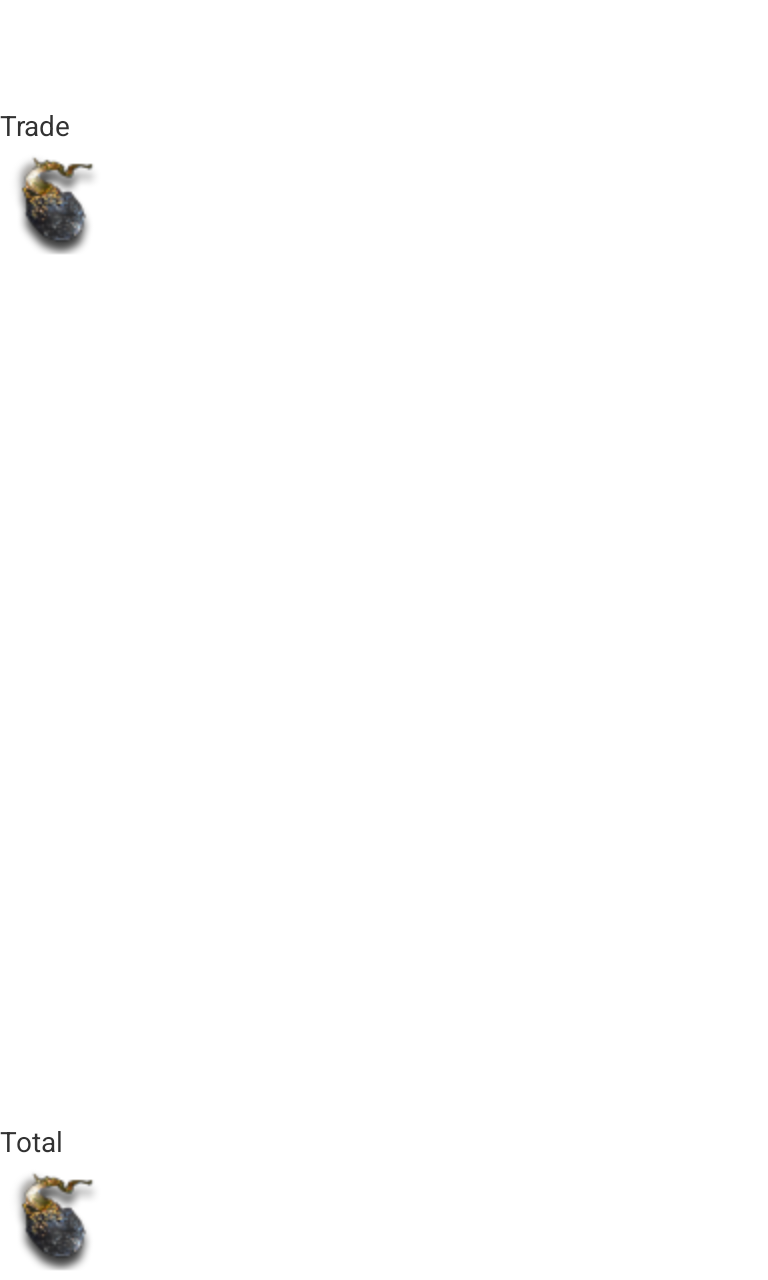
Repository: erictoddhagen/StartingAndriod
Layout: MyFirstApp/OrbTradeTracker/res/layout/activity_main.xml
These files come from the project's save history. The layout is drawn as it stood at one moment and after the next save; the edit follows.
It is drawn on a 768 x 1280 px phone screen (xhdpi) without system bars, with theme AppTheme; the app's code is not run.

Above is the layout before, as saved 2013-02-03 06:36:44.

After the next save:
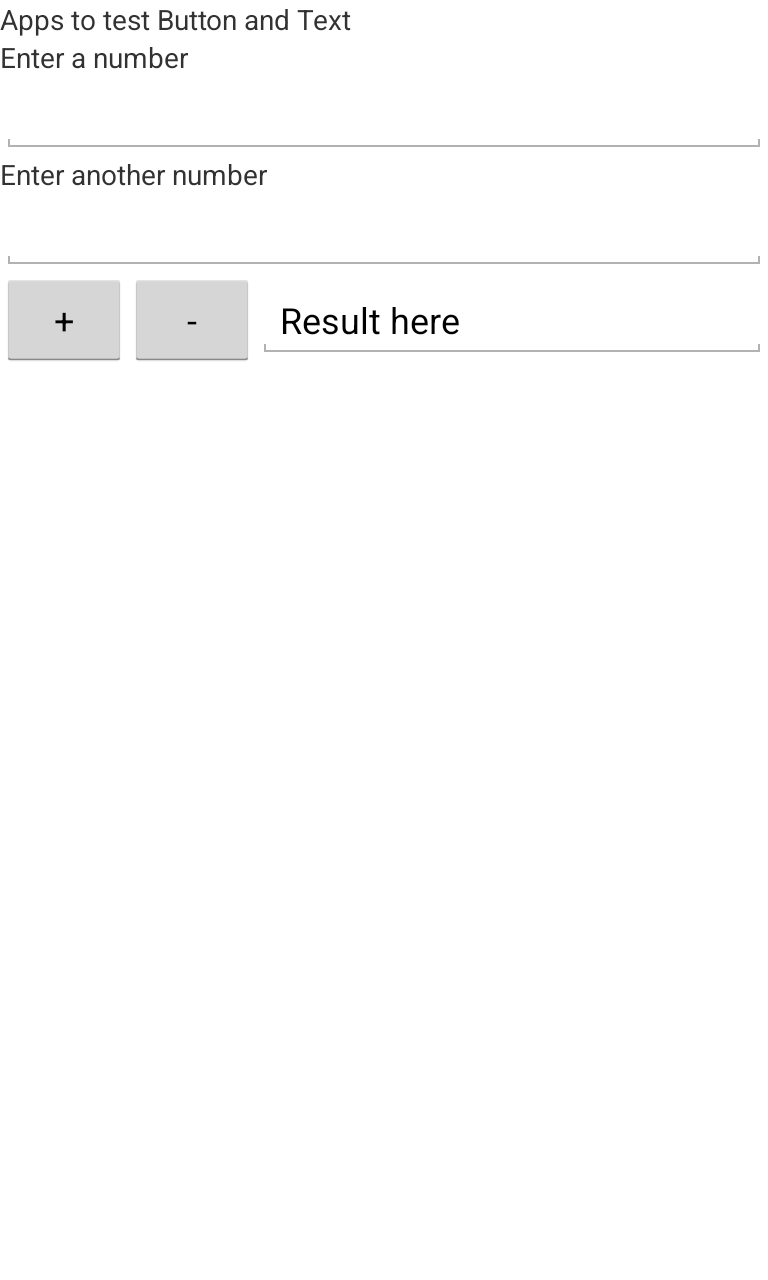
Saved 6 min 18 s later.
--- a/MyFirstApp/OrbTradeTracker/res/layout/activity_main.xml
+++ b/MyFirstApp/OrbTradeTracker/res/layout/activity_main.xml
@@ -1,40 +1,27 @@
-<RelativeLayout xmlns:android="http://schemas.android.com/apk/res/android"
-    xmlns:tools="http://schemas.android.com/tools"
-    android:layout_width="match_parent"
-    android:layout_height="match_parent"
-    tools:context=".MainActivity" >
+<LinearLayout xmlns:android="http://schemas.android.com/apk/res/android"
+    android:layout_width="fill_parent"
+    android:layout_height="fill_parent" android:orientation="vertical">
+<TextView
+    android:layout_width="fill_parent"
+    android:layout_height="wrap_content" android:text="Apps to test Button and Text"/>
+<TextView android:layout_width="wrap_content" android:layout_height="wrap_content"
+    android:id="@+id/textView1" android:text="Enter a number"></TextView>
+<EditText android:layout_width="match_parent" android:layout_height="wrap_content"
+    android:inputType="number" android:id="@+id/txtnum1">
+</EditText>
+<TextView android:layout_width="wrap_content" android:layout_height="wrap_content"
+    android:id="@+id/textView2" android:text="Enter another number"></TextView>
+<EditText android:layout_width="match_parent" android:layout_height="wrap_content"
+    android:inputType="number" android:id="@+id/txtnum2"></EditText>
+<TableRow android:id="@+id/tableRow1" android:layout_height="wrap_content"
+    android:layout_width="match_parent">
+    <Button android:layout_height="wrap_content" android:layout_width="wrap_content"
+        android:text="   +   " android:id="@+id/btnadd"></Button>
+    <Button android:layout_height="wrap_content" android:layout_width="wrap_content"
+        android:text="   -   " android:id="@+id/btnsubtract"></Button>
+    <EditText android:layout_height="wrap_content" android:layout_width="match_parent"
+        android:freezesText="true" android:text="Result here"
+        android:editable="false" android:id="@+id/txtresult"></EditText>
+</TableRow>
 
-    <ImageView
-        android:id="@+id/imageView1"
-        android:layout_width="wrap_content"
-        android:layout_height="wrap_content"
-        android:layout_alignParentBottom="true"
-        android:layout_alignParentLeft="true"
-        android:src="@drawable/alchemy" />
-
-    <TextView
-        android:id="@+id/textView1"
-        android:layout_width="wrap_content"
-        android:layout_height="wrap_content"
-        android:layout_alignParentLeft="true"
-        android:layout_alignParentTop="true"
-        android:layout_marginTop="53dp"
-        android:text="Trade" />
-
-    <ImageView
-        android:id="@+id/imageView2"
-        android:layout_width="wrap_content"
-        android:layout_height="wrap_content"
-        android:layout_alignParentLeft="true"
-        android:layout_below="@+id/textView1"
-        android:src="@drawable/alchemy" />
-
-    <TextView
-        android:id="@+id/textView2"
-        android:layout_width="wrap_content"
-        android:layout_height="wrap_content"
-        android:layout_above="@+id/imageView1"
-        android:layout_alignParentLeft="true"
-        android:text="Total" />
-
-</RelativeLayout>
+</LinearLayout>
